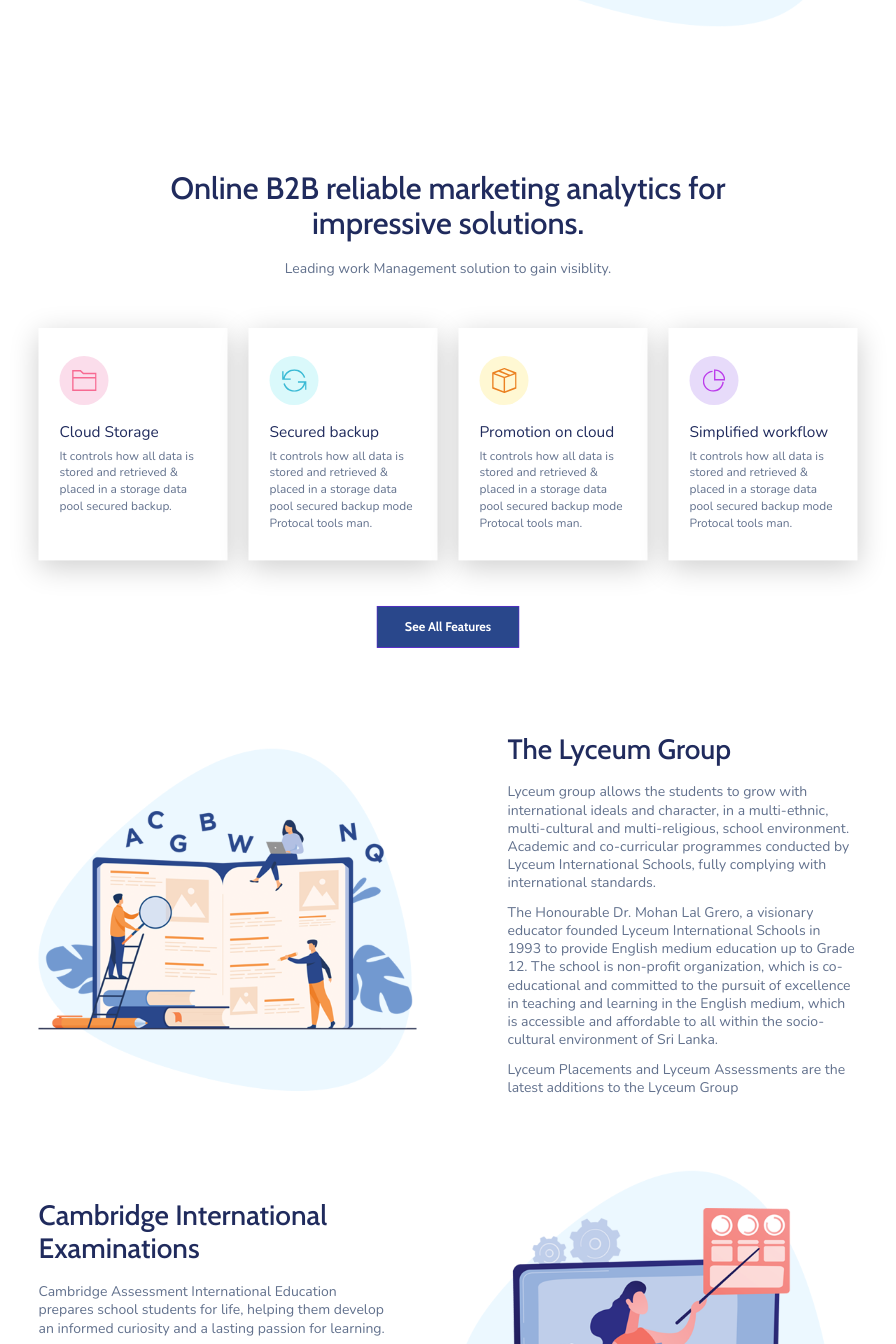
Repository: AXUSLK/LyceumAssessments-HTML
Page: index.html
An editor plug-in stored every save of this project. The page is shown before and after the next save, followed by the edit.
The browser window is 1280 px wide. The pictures show the part of the page from y = 1292 to 3212 px (the page is 5882 px tall before and 5775 px after), at 70% of full size.
Some web libraries are served in a nearby version.

Above is the page before, as saved 2022-02-01 10:00:30.

After the next save:
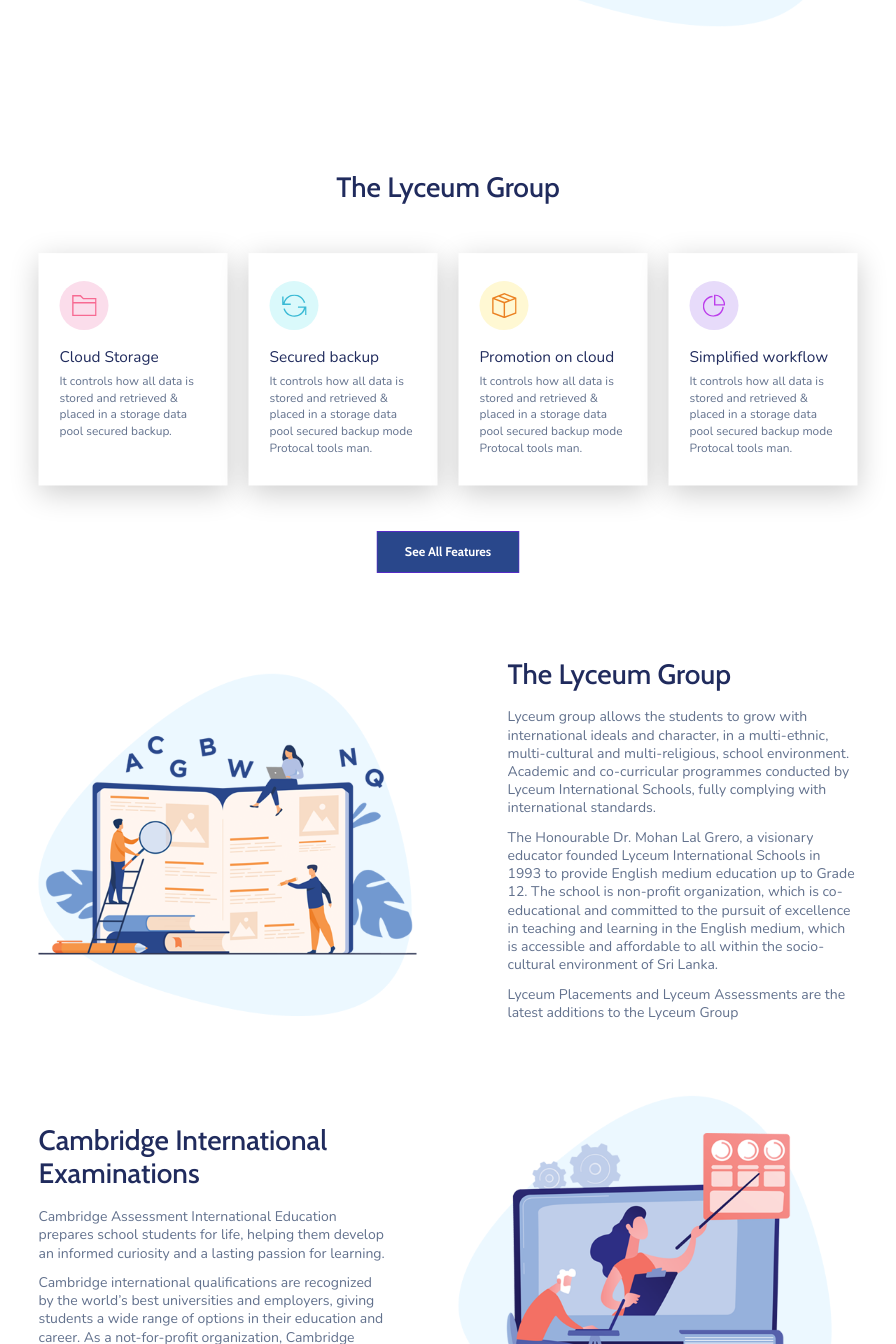
Saved 5 s later.
--- a/index.html
+++ b/index.html
@@ -229,9 +229,7 @@
 								<!-- headingHead -->
 								<header
 									class="headingHead textMedium text-center mb-8 mb-lg-10 mb-xl-14 wow bounceInUp">
-									<h2 class="mb-5">Online B2B reliable marketing analytics for impressive solutions.
-									</h2>
-									<p>Leading work Management solution to gain visiblity.</p>
+									<h3 class="mb-5">The Lyceum Group</h3>
 								</header>
 							</div>
 						</div>
